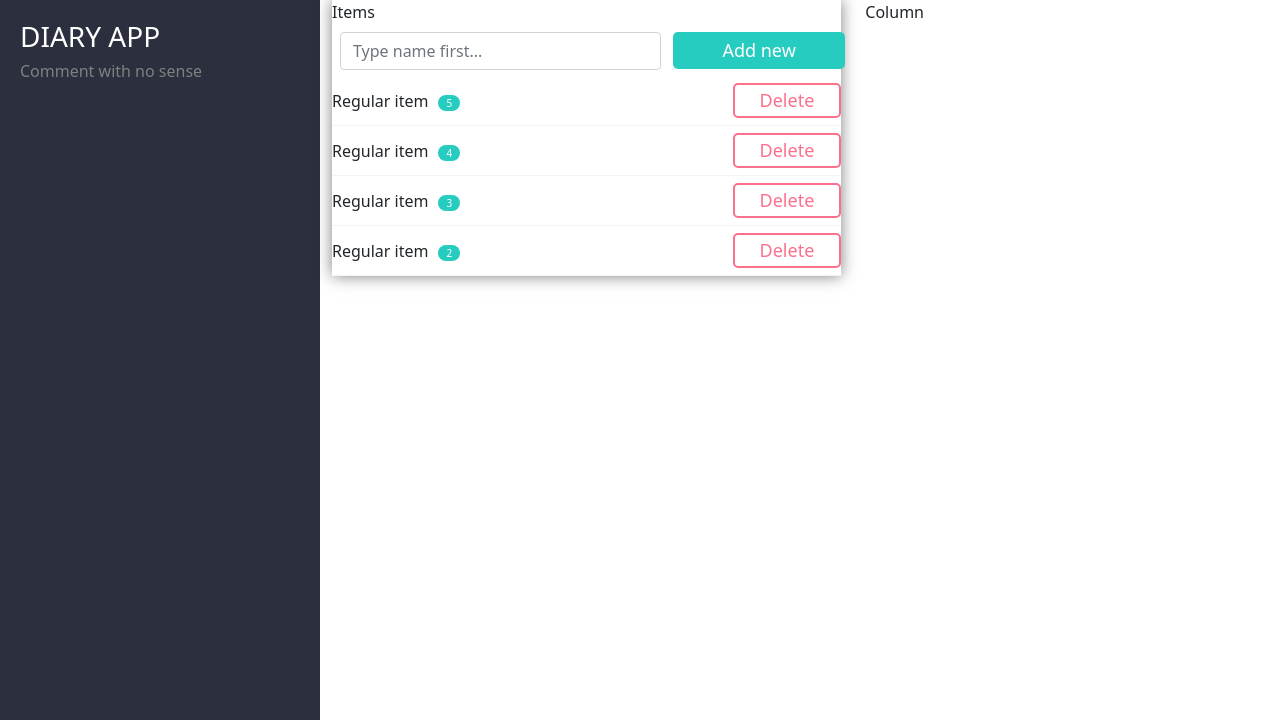
Repository: tsydikov/diary
Page: /
An editor plug-in stored every save of this project. The page is shown before and after the next save, followed by the edit.
The browser window is 1280 px wide. The pictures show the whole page.
The project was rebuilt for these pictures with package versions that can differ from the ones it lists, and the page was loaded fresh each time.

Above is the page before, as saved 2021-09-10 21:24:13.

After the next save:
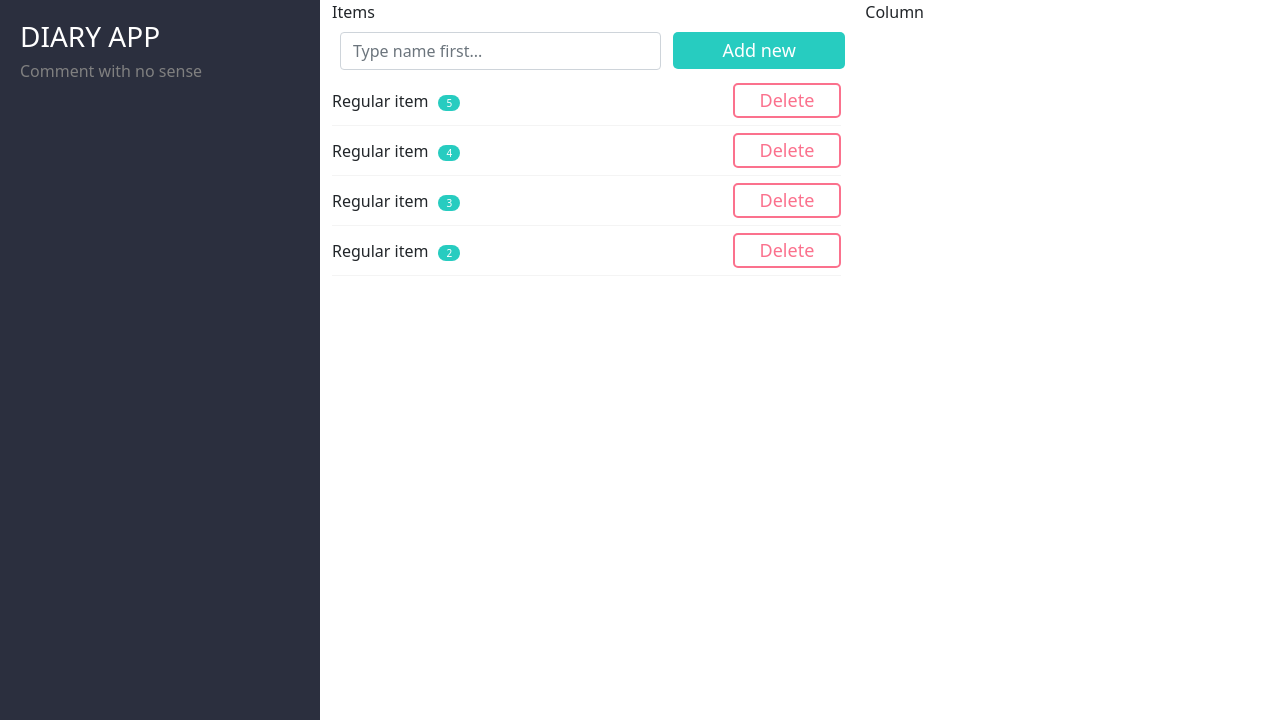
Saved 7 s later.
--- a/src/styles/App.css
+++ b/src/styles/App.css
@@ -33,5 +33,5 @@
 }
 
 .items_cotainer {
-    box-shadow: 0 0 15px rgba(0,0,0,0.5);
+    box-shadow: 0 5 15px rgba(0,0,0,0.5);
 }

After the save that followed:
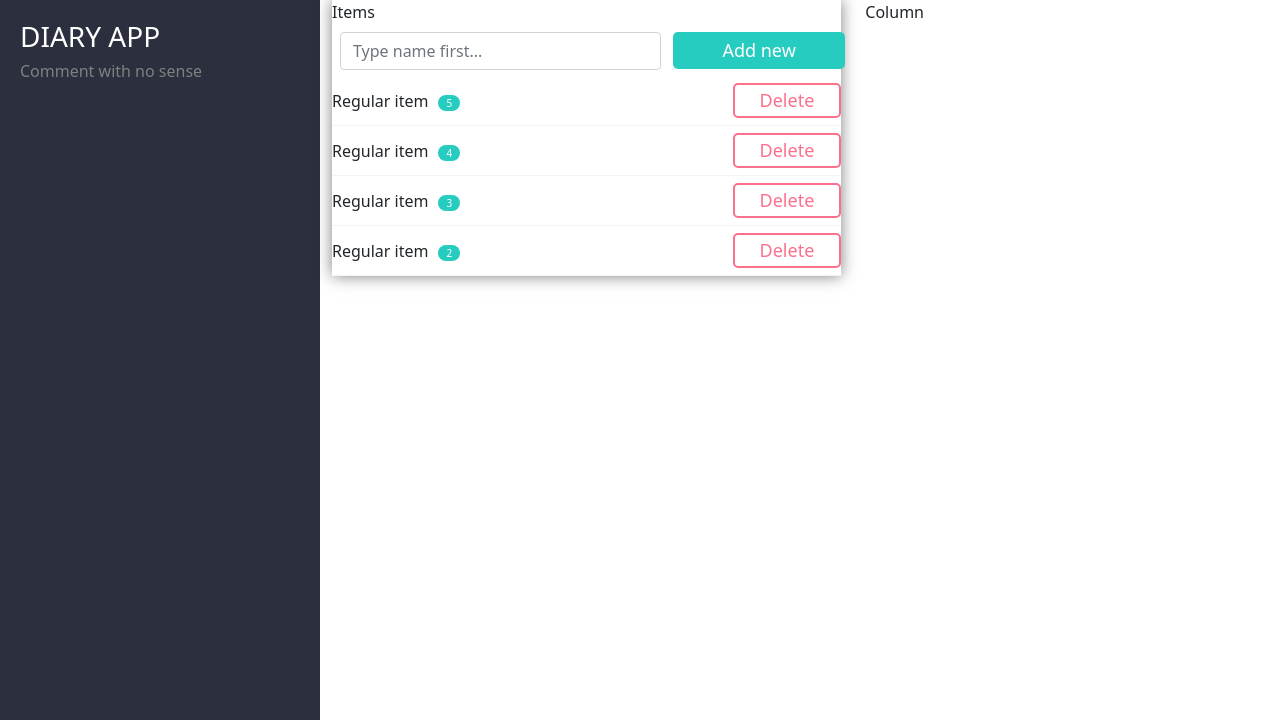
Saved 4 s later.
--- a/src/styles/App.css
+++ b/src/styles/App.css
@@ -33,5 +33,5 @@
 }
 
 .items_cotainer {
-    box-shadow: 0 5 15px rgba(0,0,0,0.5);
+    box-shadow: 0 0 15px rgba(0,0,0,0.5);
 }
